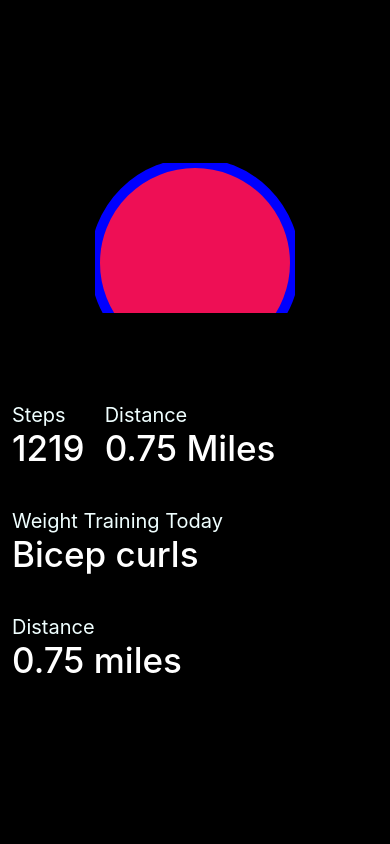
Repository: JamesPesenti/JiMTracker
Screen: /
The author's editor kept a copy of each file at every save. The screen is drawn from the files as they stood at one save, then again after the next save.
The app was drawn by React Native's web renderer in a window 390 px wide. The project was rebuilt for these pictures with package versions that can differ from the ones it lists, and the page was loaded fresh each time.

Above is the screen before, as saved 2023-06-16 14:23:28.

After the next save:
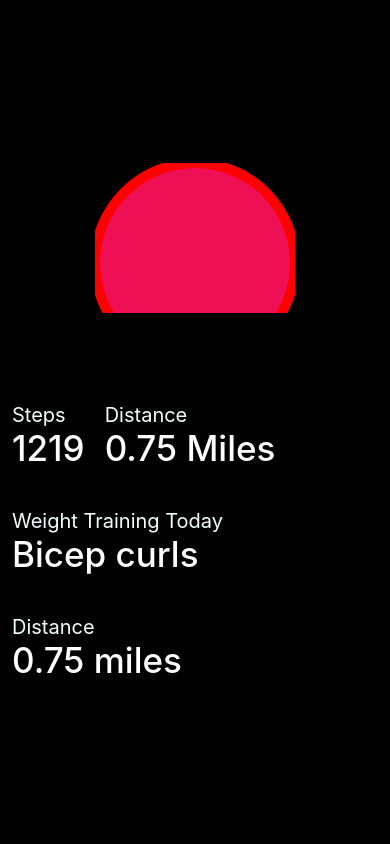
Saved 10 s later.
--- a/src/components/RingProgress.tsx
+++ b/src/components/RingProgress.tsx
@@ -18,7 +18,7 @@ const RingProgress = ({radius = 100}: RingProgressProps) => {
             r={radius}
             fill={color}
             strokeWidth={10}
-            stroke={"blue"}
+            stroke={"red"}
          />
       </SVG>
     </View>
